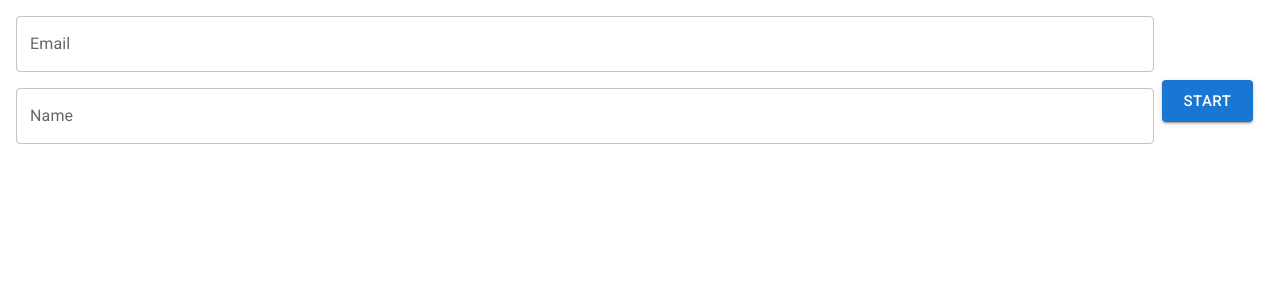
Repository: shikubro90/Quiz-App-React
Page: /
An editor plug-in stored every save of this project. The page is shown before and after the next save, followed by the edit.
The browser window is 1280 px wide. The pictures show the whole page.
The project was rebuilt for these pictures with package versions that can differ from the ones it lists, and the page was loaded fresh each time. Also part of the build but not shown: src/index.css, src/App.css.

Above is the page before, as saved 2022-06-25 01:35:09.

### src/App.js
import './App.css';
import Login from './components/Login';

function App() {
  return (
    <>
      <Login/>
    </>

  );
}

export default App;

### src/components/Login.jsx
import React from 'react';
import {Box, Button} from '@mui/material'
import { TextField } from '@mui/material';
import { width } from '@mui/system';

const Login = () => {
    return (
        <Box sx={{
            '& .MuiTextField-root' : {
                m:1,
                width: "90%"
            }
        }}>
            <form noValidate>
                <TextField
                label="Email"
                name="email"
                variant='outlined'
                />

                <TextField
                label="Name"
                name="name"
                variant='outlined'
                />

                <Button sx={{width: "90"}}
                type='submit'
                variant='contained'
                size='large'
                >Start</Button>
            </form>
        </Box>
    );
};

export default Login;

Loaded but not shown: public/index.html (common file); src/index.js (common file); src/reportWebVitals.js (common file)

After the next save:
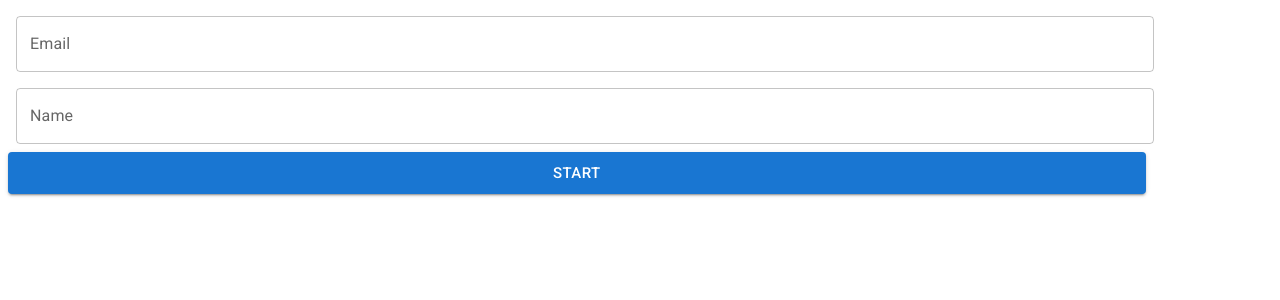
Saved 7 s later.
--- a/src/components/Login.jsx
+++ b/src/components/Login.jsx
@@ -24,7 +24,7 @@ const Login = () => {
                 variant='outlined'
                 />
 
-                <Button sx={{width: "90"}}
+                <Button sx={{width: "90%"}}
                 type='submit'
                 variant='contained'
                 size='large'
